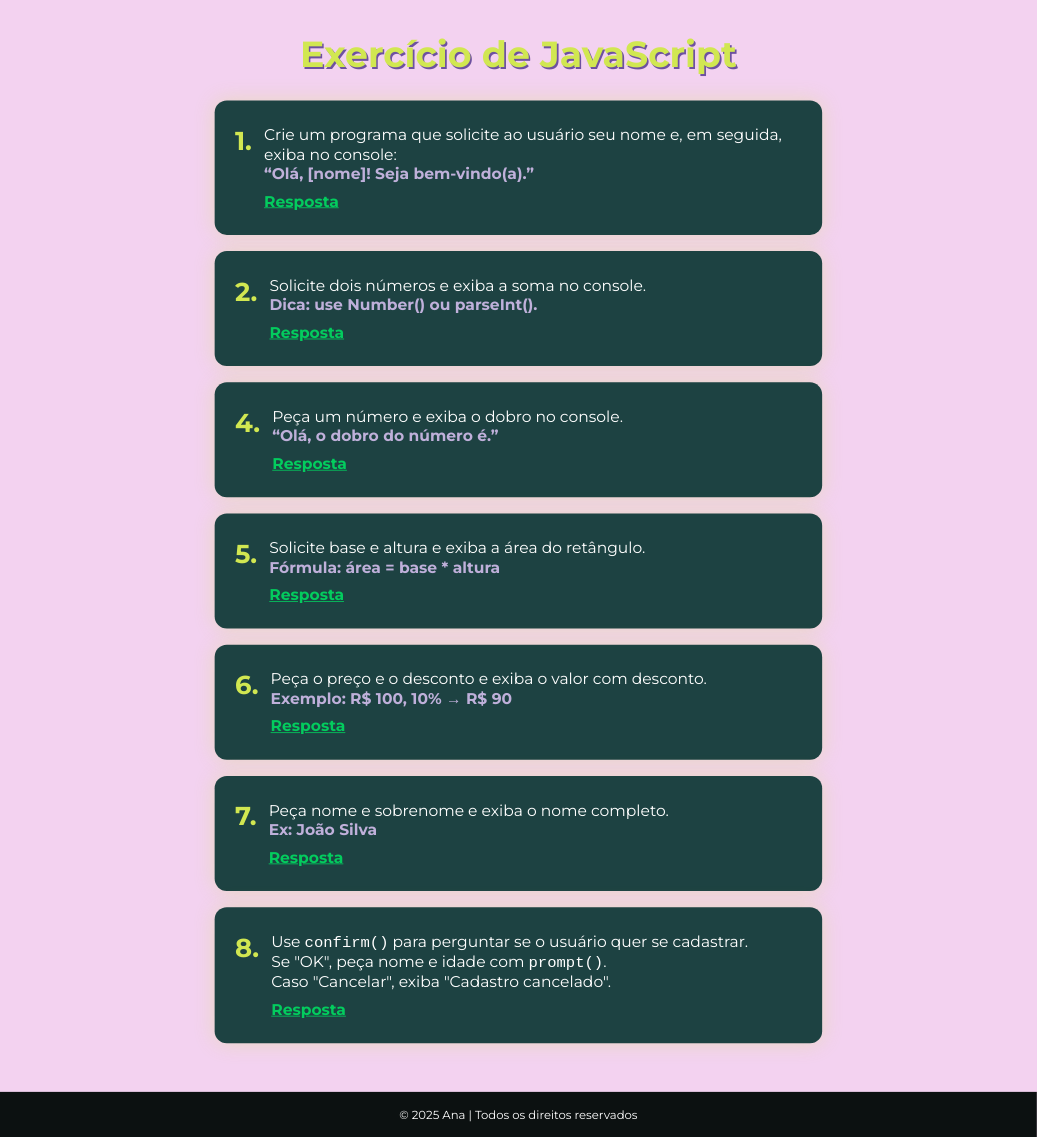
Repository: Anajaraa/atividadeJS
Page: index.html
The author's editor kept a copy of each file at every save. The page is drawn from the files as they stood at one save, then again after the next save.
The browser window is 1280 px wide. The pictures show the whole page, at 81% of full size.

Above is the page before, as saved 2025-08-05 13:11:41.

After the next save:
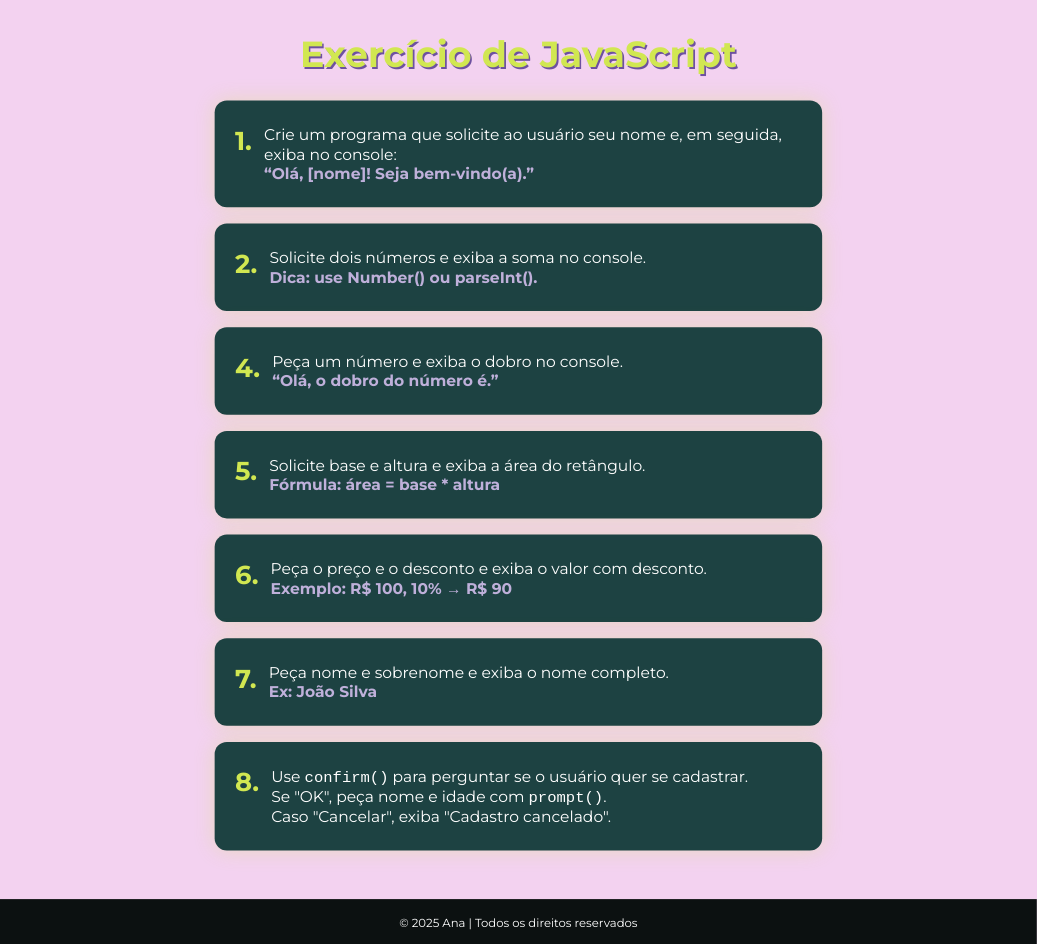
Saved 51 s later.
--- a/style.css
+++ b/style.css
@@ -86,6 +86,20 @@
   font-weight: bold;
   cursor: pointer;
   text-decoration: underline;
+  display: none;
+  background-color: #2c2c2c;
+  color: #d4ffd4;
+  padding: 20px;
+  border-radius: 15px;
+  font-family: monospace;
+  white-space: pre-wrap;
+  word-wrap: break-word;
+  margin-top: 15px;
+
+  width: 100%;              /* ⬅️ ocupa só o espaço do card */
+  box-sizing: border-box;
+  overflow-x: auto;         /* ⬅️ rolagem horizontal se necessário */
+  border: 2px solid transparent;
 }
 
 .resposta {

After the save that followed:
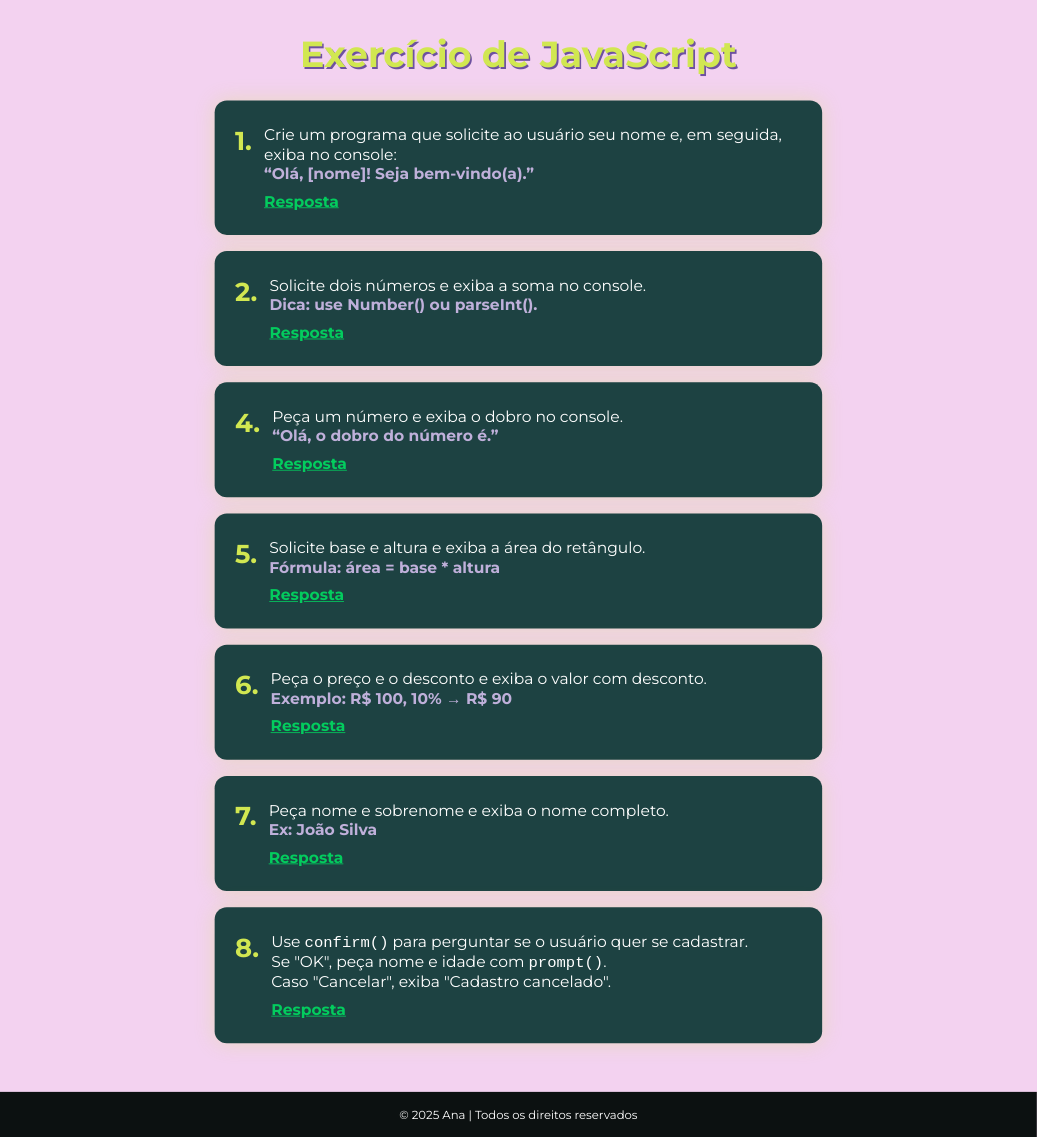
Saved 20 s later.
--- a/style.css
+++ b/style.css
@@ -86,20 +86,7 @@
   font-weight: bold;
   cursor: pointer;
   text-decoration: underline;
-  display: none;
-  background-color: #2c2c2c;
-  color: #d4ffd4;
-  padding: 20px;
-  border-radius: 15px;
-  font-family: monospace;
-  white-space: pre-wrap;
-  word-wrap: break-word;
-  margin-top: 15px;
 
-  width: 100%;              /* ⬅️ ocupa só o espaço do card */
-  box-sizing: border-box;
-  overflow-x: auto;         /* ⬅️ rolagem horizontal se necessário */
-  border: 2px solid transparent;
 }
 
 .resposta {
